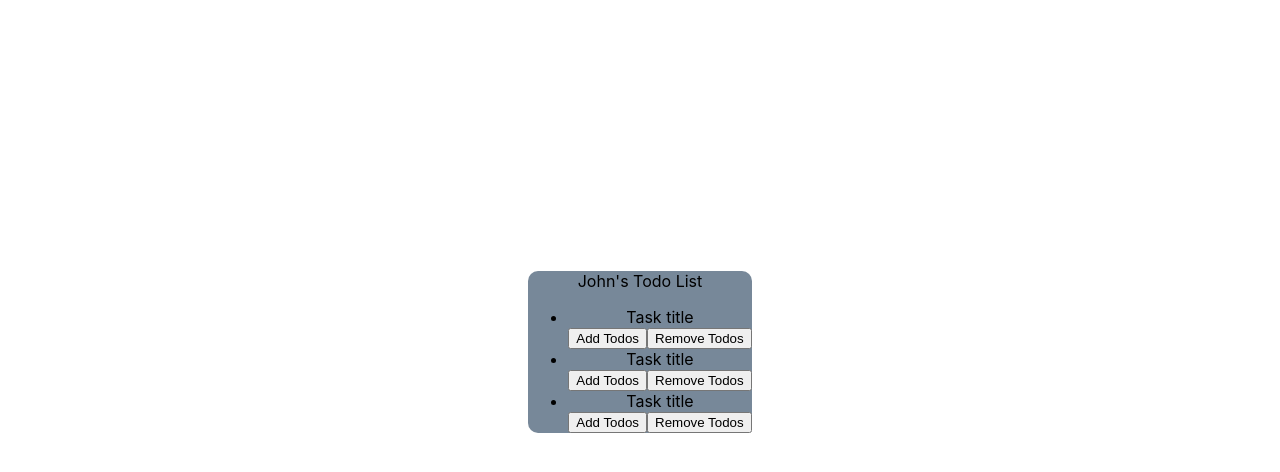
Repository: JohnKang0720/Simple-Todo-List
Page: /
These files come from the project's save history. The page is drawn as it stood at one moment and after the next save; the edit follows.
The browser window is 1280 px wide. The pictures show the whole page.
The project was rebuilt for these pictures with package versions that can differ from the ones it lists, and the page was loaded fresh each time.

Above is the page before, as saved 2021-05-24 21:01:29.

### src/App.js
import logo from './logo.svg';
import './App.css';
import TodoList from './TodoList'
import {taskContext} from './TodoList'
import React, {useContext, useState} from 'react'
import Todoform from './Todoform';


function App() {

  return (
    <TodoList >

    <div className="App">
     John's Todo List
   <Todoform />
    </div>
    </TodoList>

  );
}

export default App;

### src/App.css
.App {
  text-align: center;
}

.App-logo {
  height: 40vmin;
  pointer-events: none;
}

@media (prefers-reduced-motion: no-preference) {
  .App-logo {
    animation: App-logo-spin infinite 20s linear;
  }
}

.App-header {
  background-color: #282c34;
  min-height: 100vh;
  display: flex;
  flex-direction: column;
  align-items: center;
  justify-content: center;
  font-size: calc(10px + 2vmin);
  color: white;
}

.App-link {
  color: #61dafb;
}
body,html{
  width: 100%;
  height: 100%;
  display: flex;
  align-items: center;
  justify-content: center;
}
.App{
  background: lightslategray;
  width: 100%;
  height: 100%;
  position: relative;
  border-radius: 10px;
  box-shadow:black;

}

@keyframes App-logo-spin {
  from {
    transform: rotate(0deg);
  }
  to {
    transform: rotate(360deg);
  }
}

### src/TodoList.js
import React, {useState, createContext} from 'react'
import Todoform from './Todoform'

export const taskContext = createContext(null)
const TodoList = (props) => {

 const [input, setInput] = useState([
  {task: "Read", id: 1},
  {task: "Dishes", id: 2},
  {task: "HW", id: 3}
 ])

 return(
    <taskContext.Provider value = {{input}}>
    {props.children}
    </taskContext.Provider>
 )
}

export default TodoList

### src/Todoform.js
import React, {useContext} from 'react'
import {taskContext} from './TodoList'
import List from './List'
function Todoform() {
    const {input} = useContext(taskContext)
    return (

        <ul>
            {input.map((task) => {
            return (
            <List/>
            )
            })}
        </ul>

    )
}

export default Todoform

### src/List.js
import React from 'react'

function List() {
    return (
        <li>
            <span> Task title</span>
            <div>
                <button> Add Todos </button>
                <button> Remove Todos </button>
            </div>
        </li>

    )
}

export default List

Loaded but not shown: public/index.html (common file); src/index.js (common file); src/index.css (common file); src/reportWebVitals.js (common file)

After the next save:
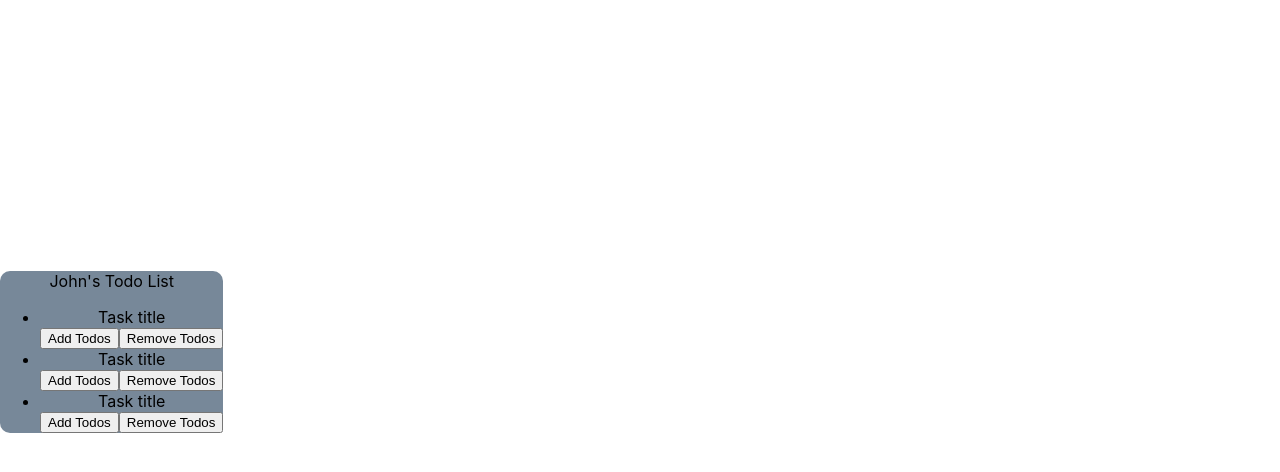
Saved 5 s later.
--- a/src/App.css
+++ b/src/App.css
@@ -32,7 +32,7 @@
   height: 100%;
   display: flex;
   align-items: center;
-  justify-content: center;
+  justify-content:left;
 }
 .App{
   background: lightslategray;

After the save that followed:
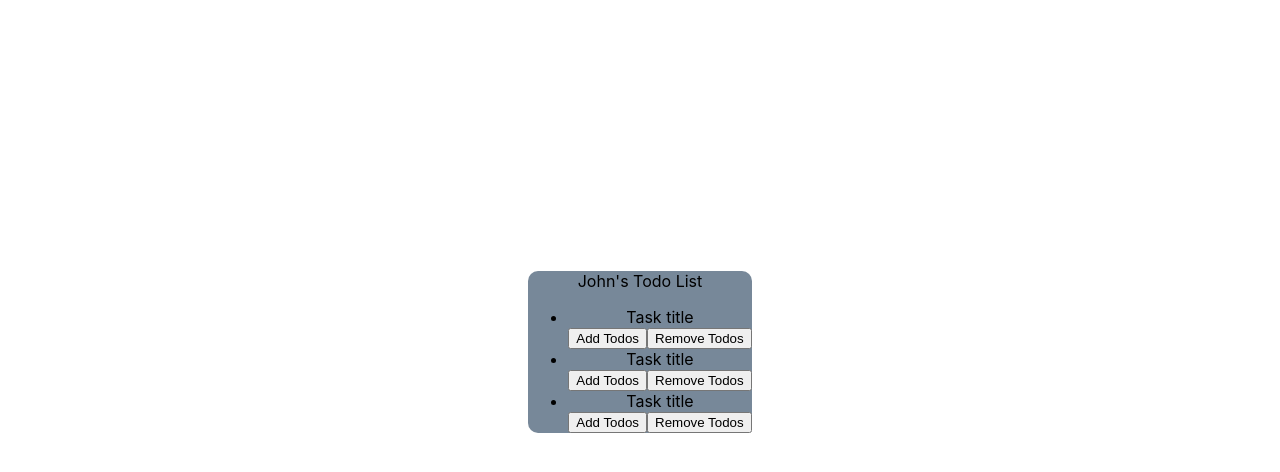
Saved 16 s later.
--- a/src/App.css
+++ b/src/App.css
@@ -32,7 +32,7 @@
   height: 100%;
   display: flex;
   align-items: center;
-  justify-content:left;
+  justify-content:space-around;
 }
 .App{
   background: lightslategray;
